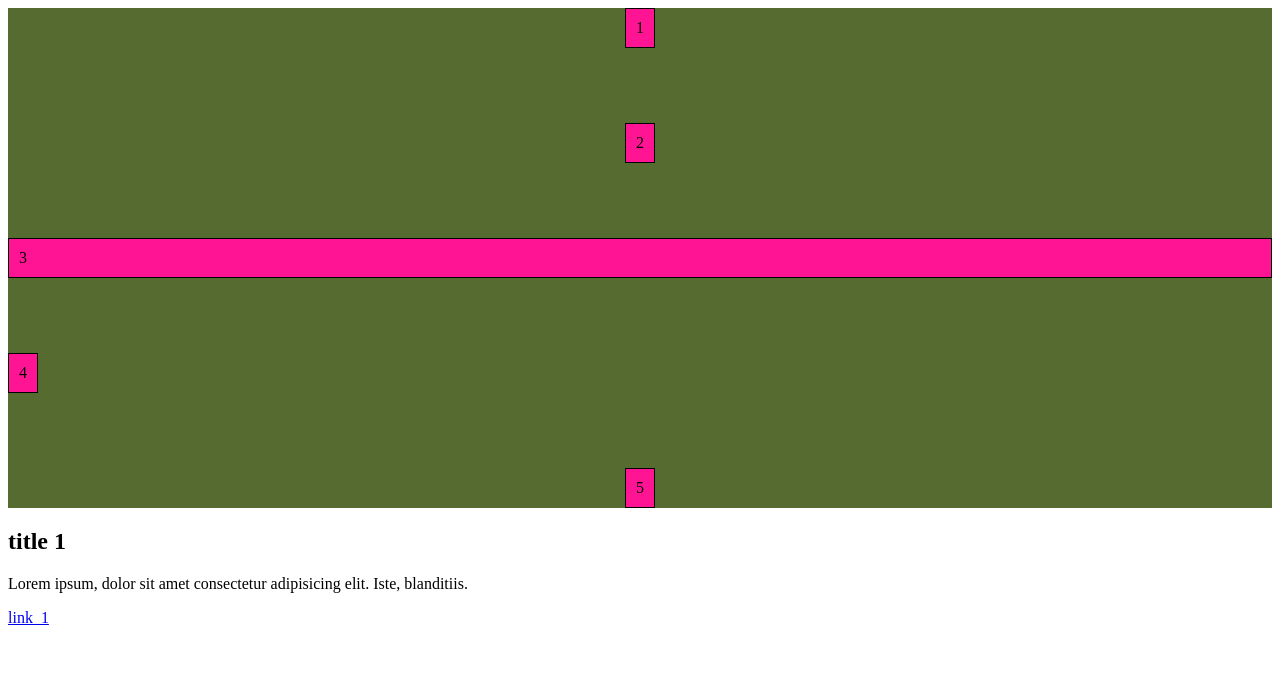
Repository: RustamNazarov98/demo
Page: index.html
These files come from the project's save history. The page is drawn as it stood at one moment and after the next save; the edit follows.
The browser window is 1280 px wide. The pictures show the whole page.

Above is the page before, as saved 2022-04-06 18:27:30.

After the next save:
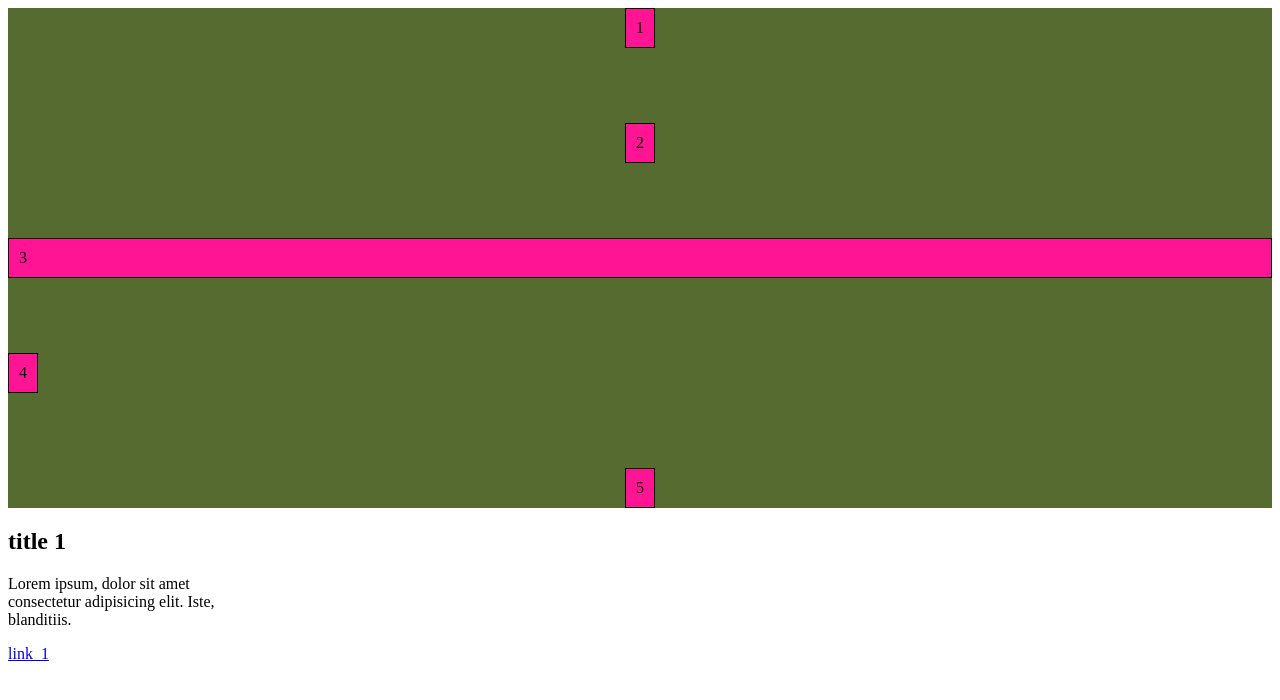
Saved 44 s later.
--- a/style.css
+++ b/style.css
@@ -23,3 +23,10 @@
 
 
 /* cards */
+
+.cards {
+    display: flex;
+}
+.card {
+    width: 250px;
+}
